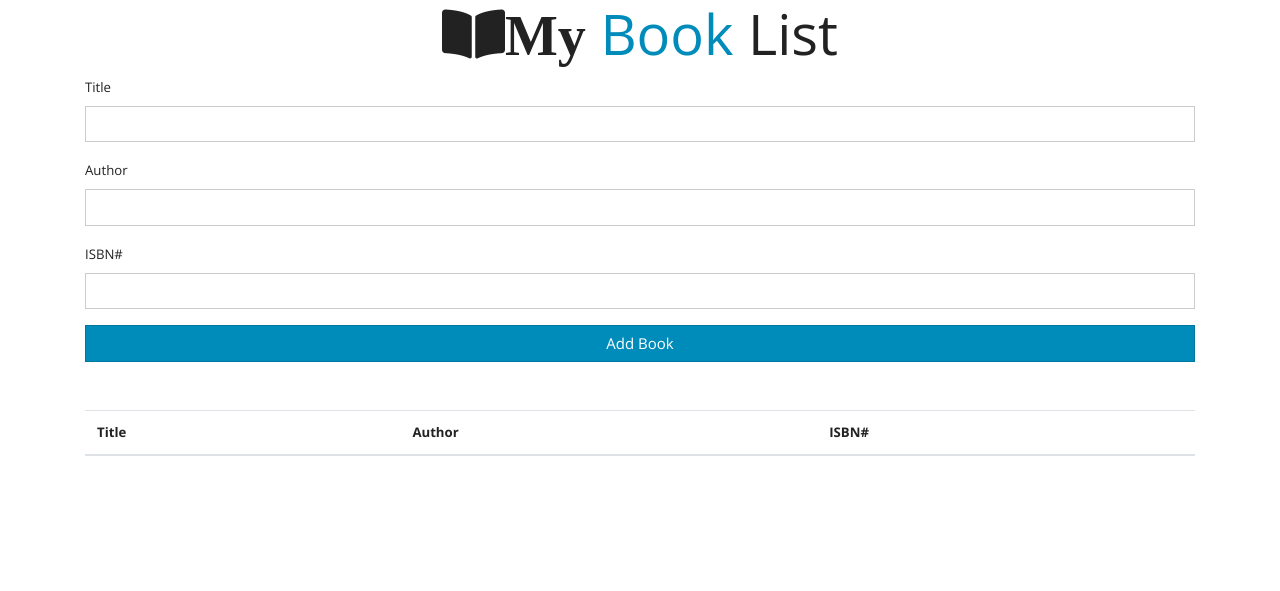
Repository: konstantin0s/bookList
Page: index.html
The author's editor kept a copy of each file at every save. The page is drawn from the files as they stood at one save, then again after the next save.
The browser window is 1280 px wide. The pictures show the whole page.
Some web libraries are served in a nearby version.

Above is the page before, as saved 2018-12-24 23:04:10.

After the next save:
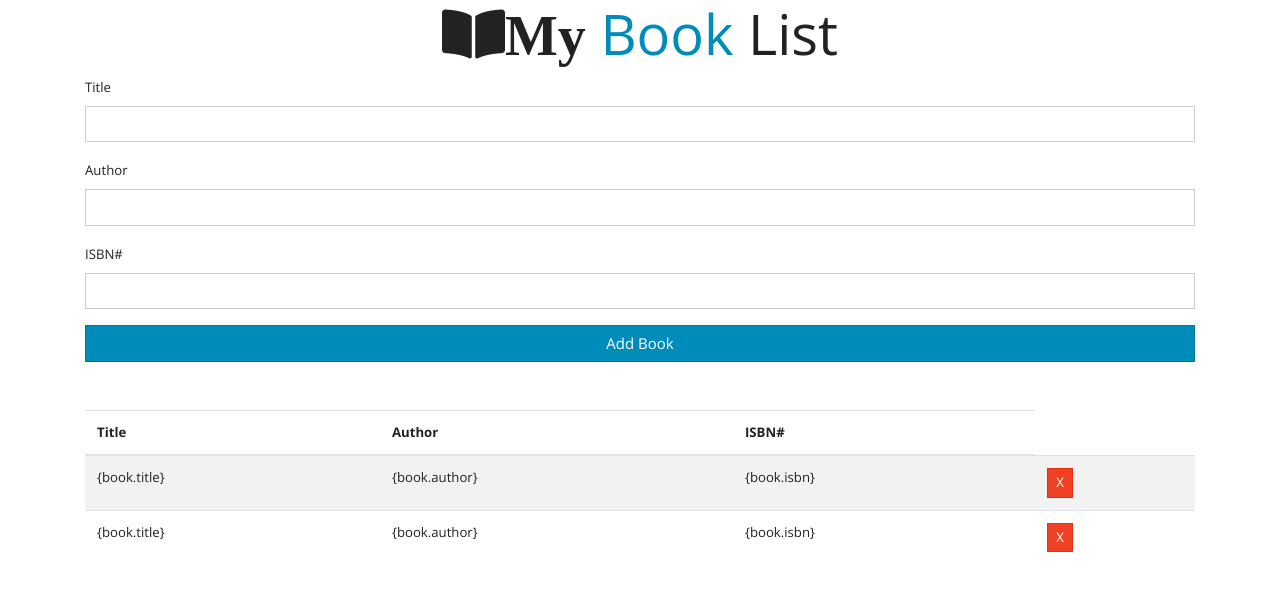
Saved 54 s later.
--- a/js/app.js
+++ b/js/app.js
@@ -43,7 +43,7 @@ static displayBooks() {
 //Store Class : Handles Storage
 
 //Events: Display Books
-document.addEventListener('DocumentContentLoaded', UI.displayBooks);
+document.addEventListener('DOMContentLoaded', UI.displayBooks);
 
 //Events: Add a Book
 document.querySelector("#book-form").addEventListener("submit", (e) => {
